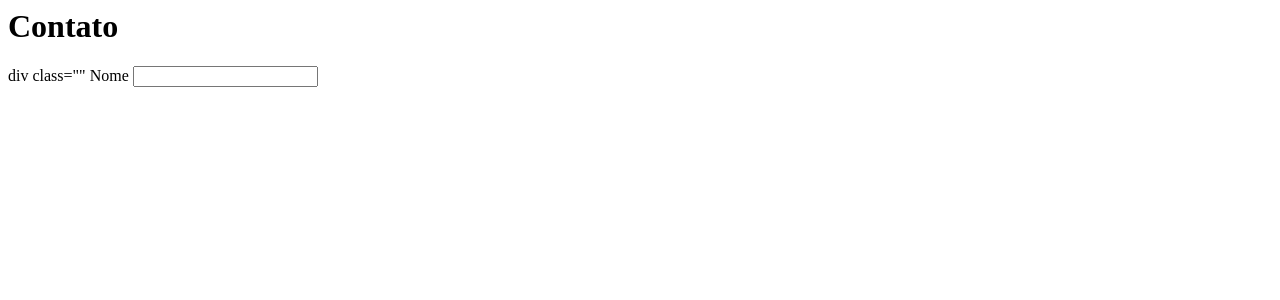
Repository: BrunoCesarAngst/poo
Page: aula04/assets/views/form.html
These files come from the project's save history. The page is drawn as it stood at one moment and after the next save; the edit follows.
The browser window is 1280 px wide. The pictures show the whole page.

Above is the page before, as saved 2020-08-21 19:56:12.

After the next save:
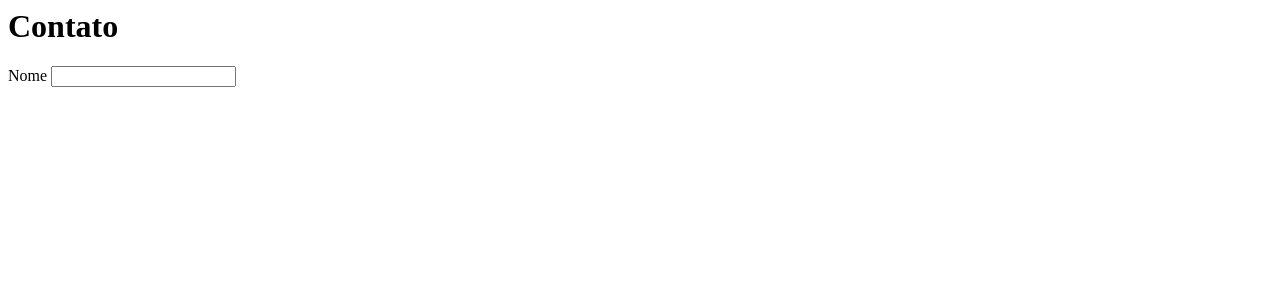
Saved 6 s later.
--- a/aula04/assets/views/form.html
+++ b/aula04/assets/views/form.html
@@ -1,7 +1,7 @@
 <h1>Contato</h1>
 
 <form action="" method="post">
-  div class=""
+
   <label for="">Nome</label>
   <input id="name" type="text" class="form-control">
 </form>
